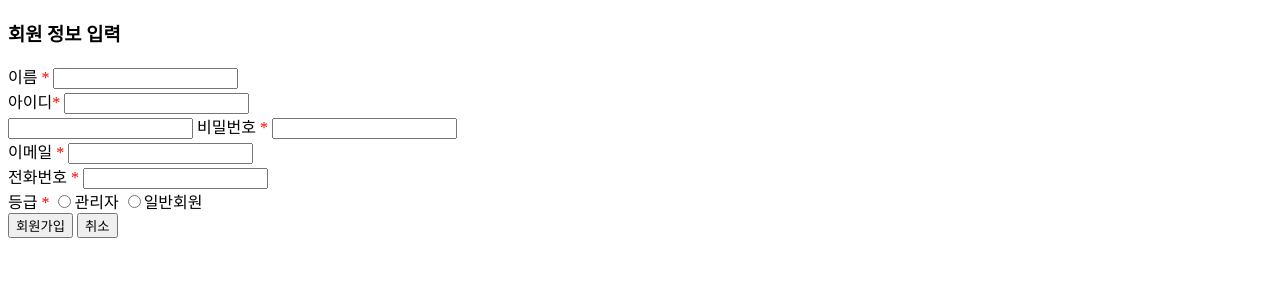
Repository: angwanghyeon/eclipse
Page: http://localhost/sec09/member/join.jsp
An editor plug-in stored every save of this project. The page is shown before and after the next save, followed by the edit.
The browser window is 1280 px wide. The pictures show the whole page.
The page is served by Tomcat 9.

Above is the page before, as saved 2023-09-04 06:58:26.

After the next save:
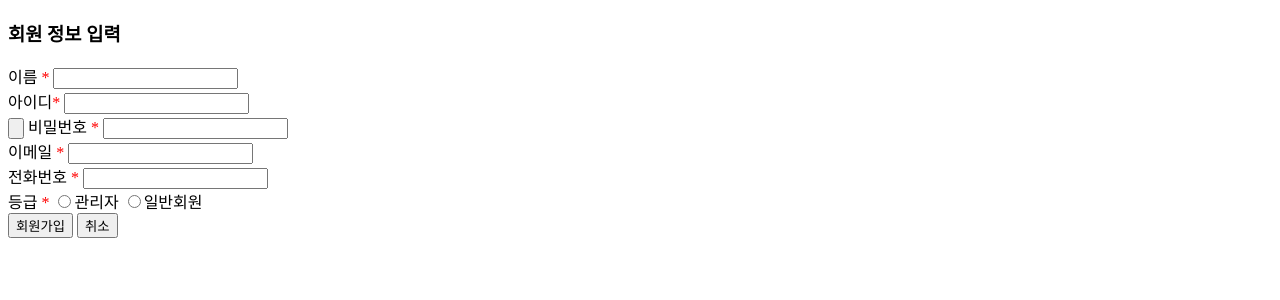
Saved 7 s later.
--- a/sec09/src/main/webapp/member/join.jsp
+++ b/sec09/src/main/webapp/member/join.jsp
@@ -17,7 +17,7 @@
 
 		<label for="userid">아이디</label><span style="color:red;" >*</span>
 		<input type="text" id="userid" name="userid" required="required" size="20" ><br>
-		<input >
+		<input type="button">
 
 		<label for="pwd">비밀번호</label><span style="color:red;" > * </span>
 		<input type="password" id="pwd" name="pwd" required="required" ><br>
